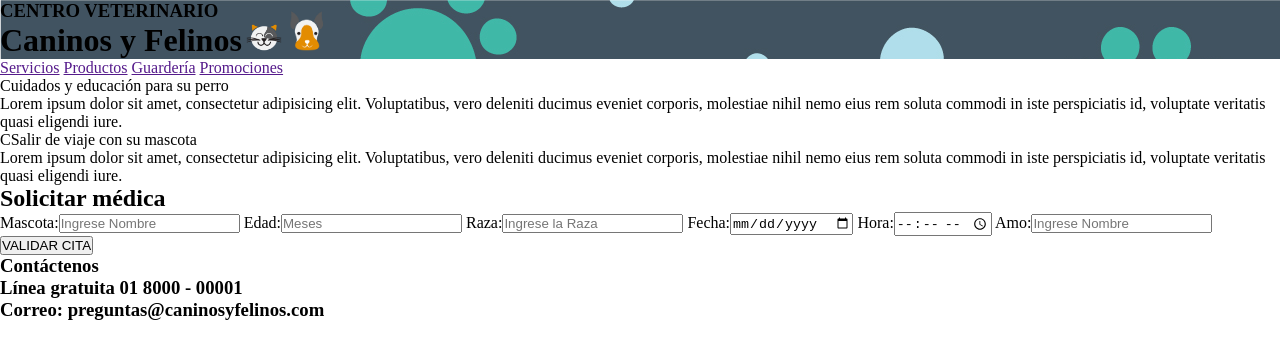
Repository: mariomr87/senaweb01
Page: principal.html
These files come from the project's save history. The page is drawn as it stood at one moment and after the next save; the edit follows.
The browser window is 1280 px wide. The pictures show the whole page.

Above is the page before, as saved 2021-09-26 19:45:46.

After the next save:
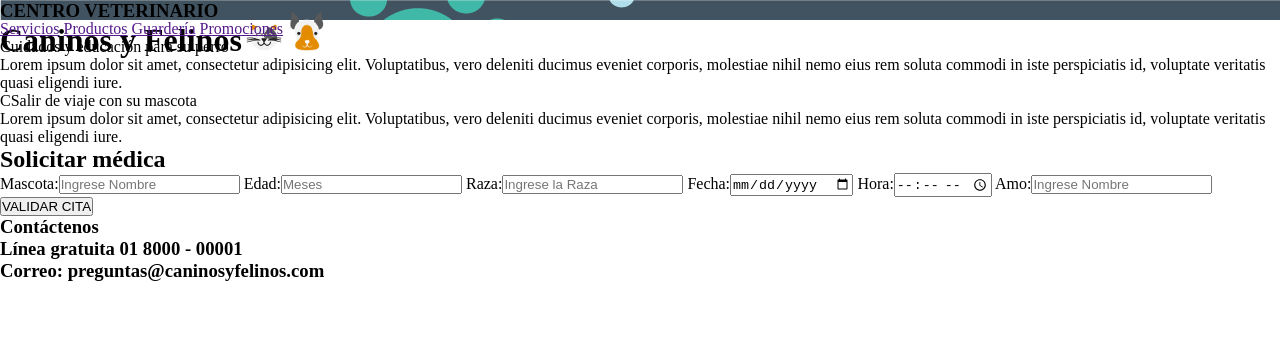
Saved 12 s later.
--- a/estilos.css
+++ b/estilos.css
@@ -14,7 +14,8 @@ header{
 #cabecera{
     background-image: url("./imagenes/OPSEG70.jpg");
     background-repeat: initial;
-    width: 100%;height: 50%;
+    width: 100%;
+    height: 20px;
 }
 
 .header-text{
